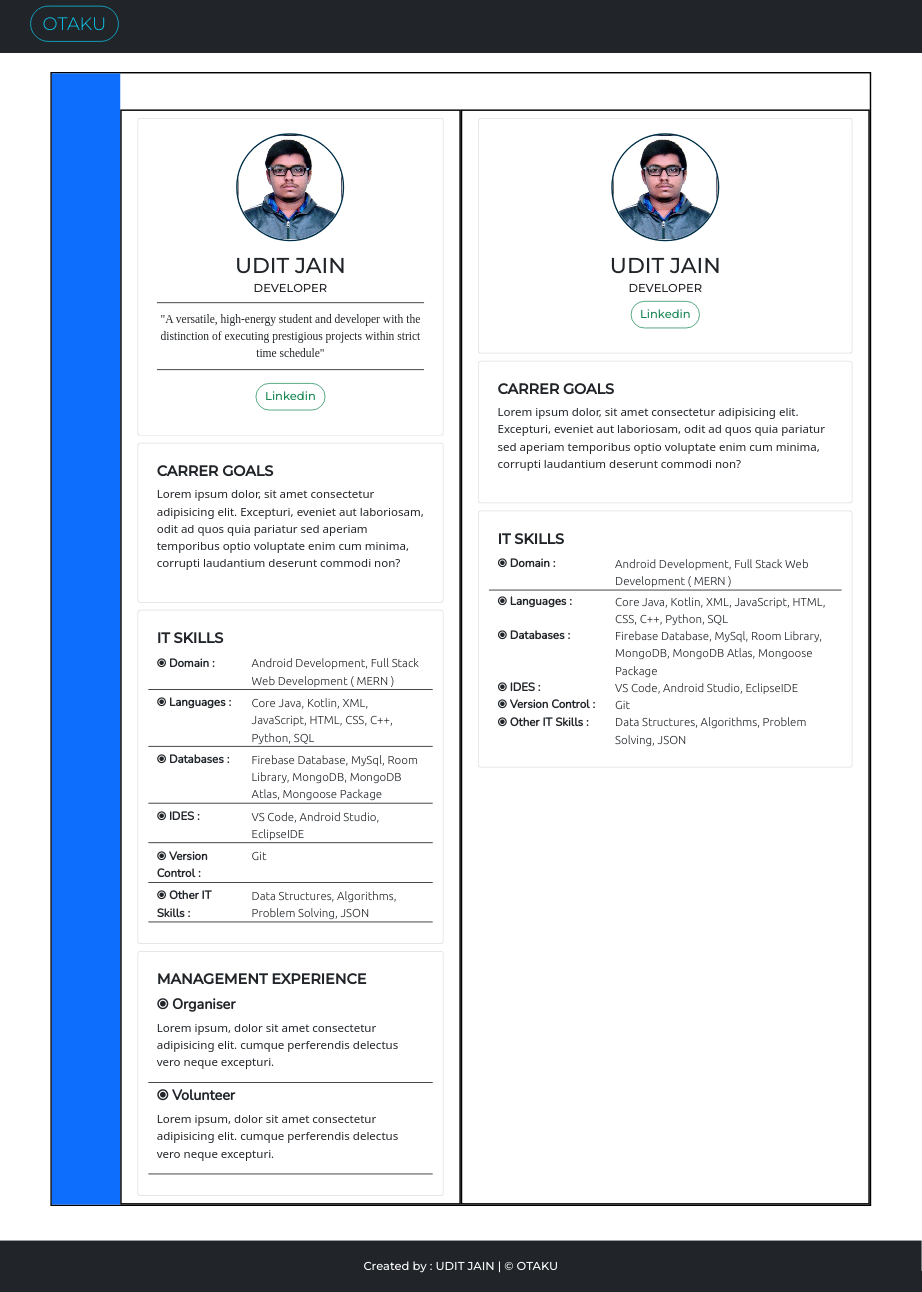
Repository: uditjain100/Responsive-Resume
Page: layouts/index.html
An editor plug-in stored every save of this project. The page is shown before and after the next save, followed by the edit.
The browser window is 1280 px wide. The pictures show the whole page, at 72% of full size.
Some web fonts or font styles are not loaded; a fallback is used. Some web libraries are served in a nearby version.

Above is the page before, as saved 2021-03-01 15:15:16.

After the next save:
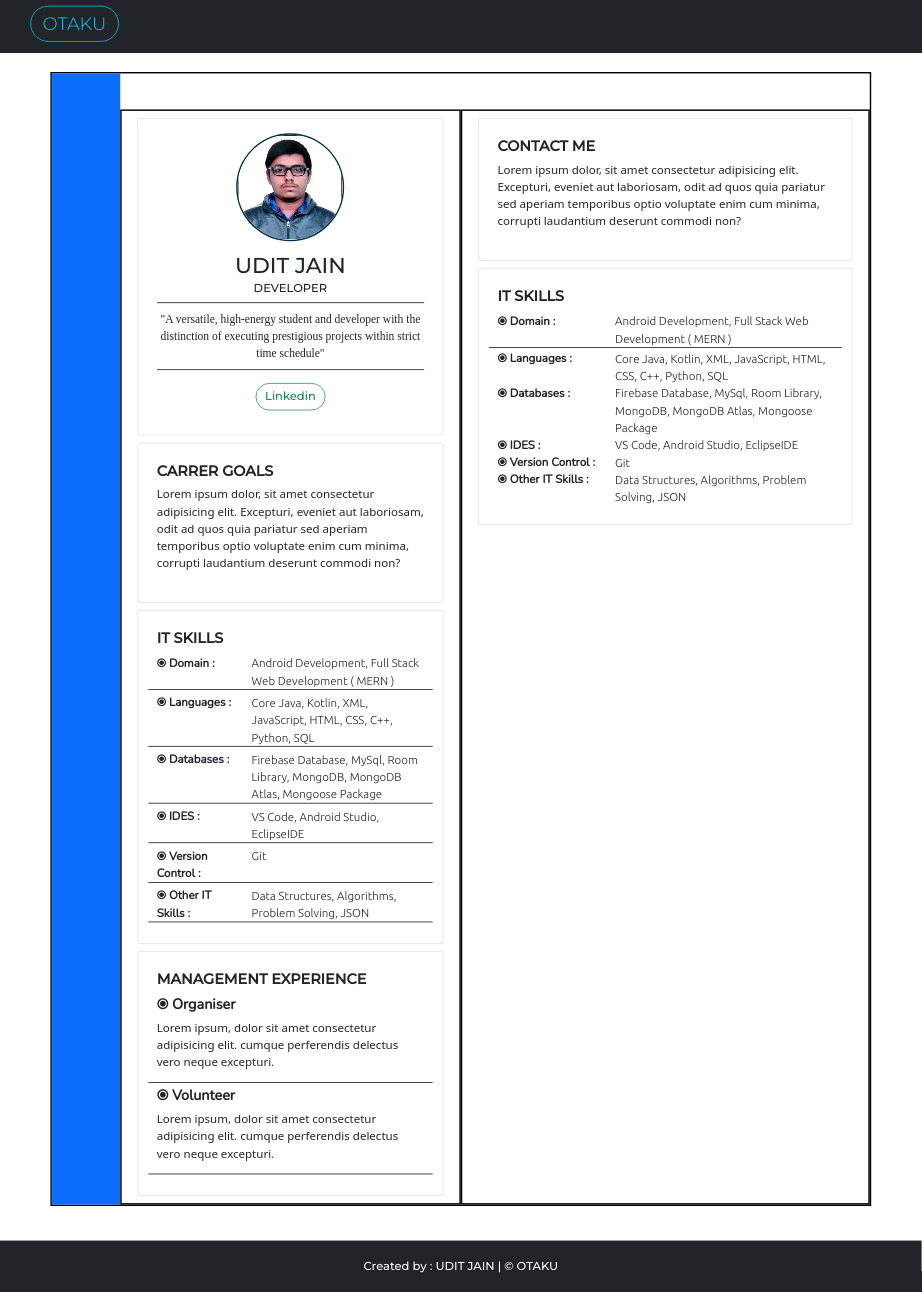
Saved 3 min 40 s later.
--- a/layouts/index.html
+++ b/layouts/index.html
@@ -165,26 +165,9 @@
           </div>
         </div>
         <div id="rightwindow" class="col-6">
-          <div id="namebox" class="card">
-            <img
-              id="profileimg"
-              src="profile.jpg"
-              class="card-img-top"
-              alt="..."
-            />
-            <div class="card-body">
-              <h3 class="card-title" style="font-size: 30px; font-weight: 400">
-                UDIT JAIN
-              </h3>
-              <h6 class="card-subtitle">DEVELOPER</h6>
-              <a href="#" class="btn btn-outline-success rounded-pill m-2"
-                >Linkedin</a
-              >
-            </div>
-          </div>
-          <div id="goalbox" class="card">
-            <div class="card-body">
-              <h3 class="card-title">CARRER GOALS</h3>
+          <div id="contactbox" class="card">
+            <div class="card-body">
+              <h3 class="card-title">CONTACT ME</h3>
               <p>
                 Lorem ipsum dolor, sit amet consectetur adipisicing elit.
                 Excepturi, eveniet aut laboriosam, odit ad quos quia pariatur
